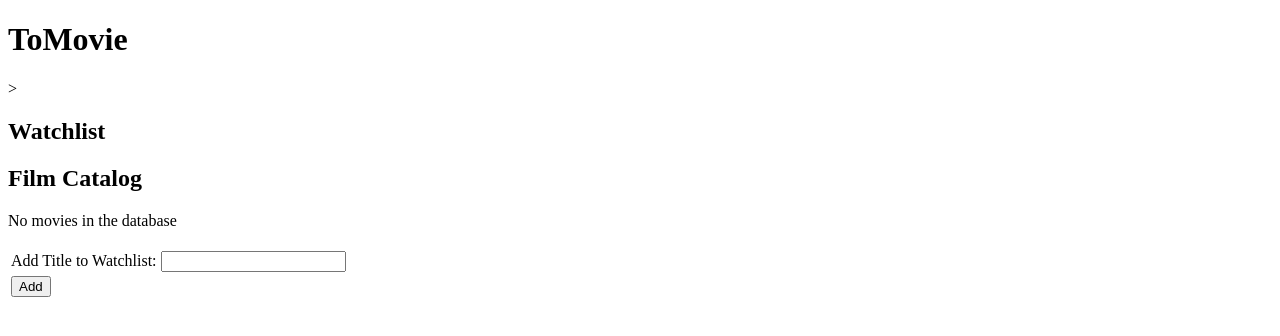
Repository: dannie-su-sjsu/CS157A-team6
Page: http://localhost/ToMovie/movie.jsp
An editor plug-in stored every save of this project. The page is shown before and after the next save, followed by the edit.
The browser window is 1280 px wide. The pictures show the whole page.
The page is served by Tomcat 9. Queries for data that is not in the repository find no rows.

Above is the page before, as saved 2023-07-16 03:56:23.

After the next save:
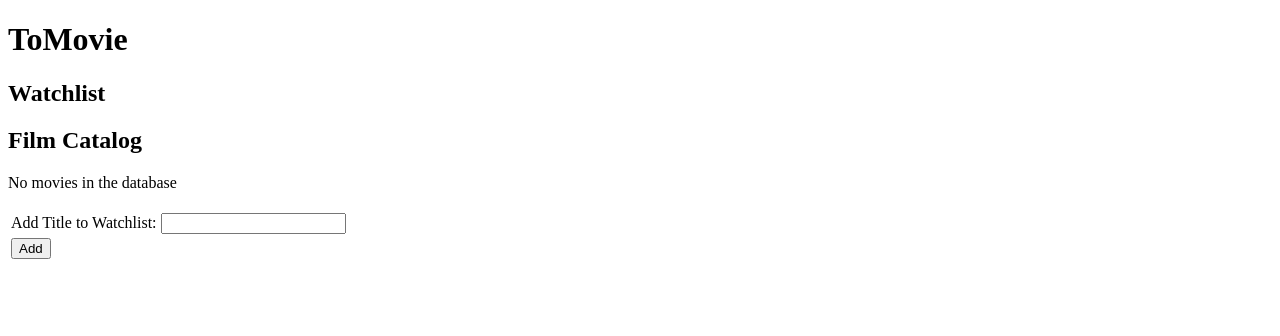
Saved 15 s later.
--- a/ToMovie/src/main/webapp/movie.jsp
+++ b/ToMovie/src/main/webapp/movie.jsp
@@ -10,7 +10,7 @@
 </head>
 <body>
 <div align = left>
-<header><h1>ToMovie</h1>></header>
+<header><h1>ToMovie</h1></header>
 <h2>Watchlist</h2>
 <h2>Film Catalog</h2>
 </div>
